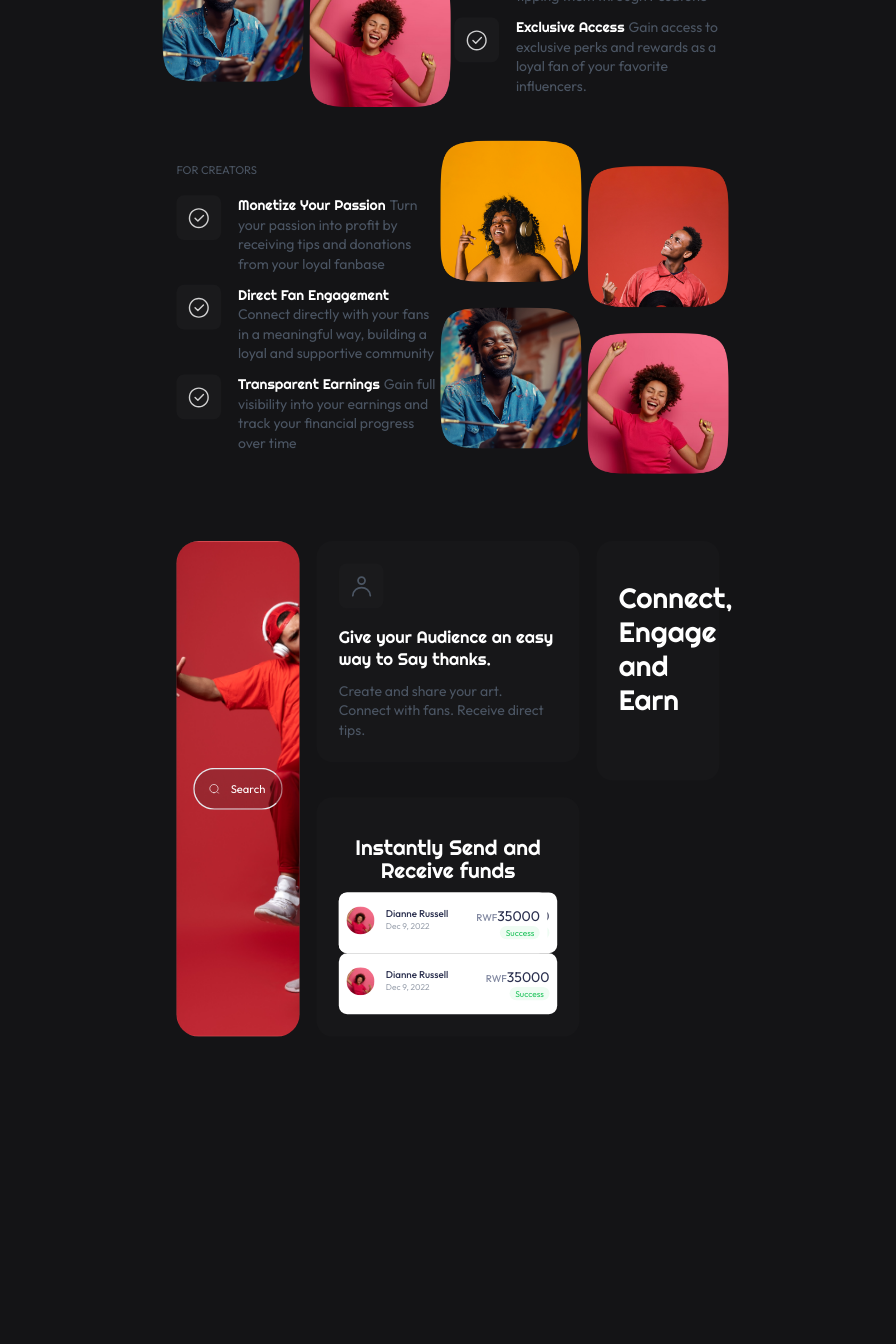
Repository: felixdusengimana/capstone-project-mirror
Page: / (app in frontend/)
The author's editor kept a copy of each file at every save. The page is drawn from the files as they stood at one save, then again after the next save.
The browser window is 1280 px wide. The pictures show the part of the page from y = 2247 to 4167 px (the page is 4167 px tall before and 4089 px after), at 70% of full size.
The project was rebuilt for these pictures with package versions that can differ from the ones it lists, and the page was loaded fresh each time. The framework's server and built-in components were replaced by stand-ins that run in the browser. Also part of the build but not shown: frontend/next.config.mjs.

Above is the page before, as saved 2024-03-11 17:11:12.

### frontend/app/layout.tsx
import type { Metadata } from "next";
import { Righteous, Outfit } from "next/font/google";
import "./globals.css";

const outfit = Outfit({ subsets: ["latin"], variable: "--font-outfit" });
const righteous = Righteous({
  subsets: ["latin"],
  variable: "--font-righteous",
  weight: "400",
});

export const metadata: Metadata = {
  title: "Pesatone - Search and gift your favorite creators",
  description:
    "A place where fans show gratitude to the African content creators they love!",
};

export default function RootLayout({
  children,
}: Readonly<{
  children: React.ReactNode;
}>) {
  return (
    <html lang="en">
      <body className={`${outfit.variable} ${righteous.variable} font-sans`}>
        {children}
      </body>
    </html>
  );
}

### frontend/app/page.tsx
import Avatar from "@/components/atoms/Avatar";
import Headline from "@/components/atoms/Headline";
import Card from "@/components/molecules/Card";
import CardIcon from "@/components/molecules/CardIcon";
import Search from "@/components/molecules/Search";
import SmallCard from "@/components/molecules/SmallCard";
import Transaction from "@/components/molecules/Transaction";
import Intro from "@/components/organisms/Intro";
import Navbar from "@/components/organisms/Navbar";
import Image from "next/image";
import React from "react";

export default function page() {
  return (
    <div className="py-[73px]">
      <Navbar />
      <Intro />
      <section className="mt-24 page-padding">
        <div className="max-w-[503px] mx-auto text-center">
          <h5 className="uppercase text-gray-600 mb-4">features</h5>
          <Headline className="text-4xl text-center">
            Unleash Your Influence with Our Exclusive Features
          </Headline>
        </div>
        <div className="grid grid-cols-3 gap-[18px] mt-12">
          <Card title="Secure Transactions" icon="secure">
            Pesatone employs advanced encryption for secure transactions,
            safeguarding you and your fans
          </Card>
          <Card title="Direct Engagement" icon="fast">
            Connect instantly with followers through Pesatone&apos;s
            user-friendly interface, fostering community and stronger
            relationships
          </Card>
          <Card title="Transparent Earnings" icon="dollar">
            Gain clear insight into earnings with Pesatone, easily tracking tips
            and donations for effective financial management
          </Card>
        </div>
      </section>

      <section className="mt-24 page-padding">
        <div className="max-w-[543px] mx-auto text-center">
          <h5 className="uppercase text-gray-600 mb-4">BENEFITS</h5>
          <Headline className="text-4xl text-center">
            Experience the Benefits: Pesatone for Fans and Creators
          </Headline>
        </div>
        <div className="grid grid-cols-2 gap-[18px] mt-12">
          <div className="grid grid-cols-2 w-fit">
            <Avatar
              alt="Profile 1"
              src="/profiles/profile4.png"
              size="2xl"
              circle={false}
              className="ml-[-20px]"
            />
            <Avatar
              alt="Profile 2"
              src={"/profiles/profile3.png"}
              size="2xl"
              circle={false}
              className="mt-[36px]"
            />
            <Avatar
              alt="Profile 3"
              src={"/profiles/profile2.png"}
              size="2xl"
              circle={false}
              className="ml-[-20px]"
            />
            <Avatar
              alt="Profile 4"
              src={"/profiles/profile1.png"}
              size="2xl"
              circle={false}
              className="mt-[36px]"
            />
          </div>
          <div className="flex flex-col justify-center">
            <h5 className="uppercase text-gray-600 mb-6">For Fans</h5>
            <div className="flex flex-col gap-4">
              <SmallCard icon="check" title="Direct Interaction">
                Engage directly with your favorite influencers, fostering a
                closer connection and deeper relationship
              </SmallCard>
              <SmallCard icon="check" title="Support Your Favorites">
                Show your appreciation and support for the creators you love by
                tipping them through Pesatone
              </SmallCard>
              <SmallCard icon="check" title="Exclusive Access ">
                Gain access to exclusive perks and rewards as a loyal fan of
                your favorite influencers.
              </SmallCard>
            </div>
          </div>
        </div>

        <div className="grid grid-cols-2 gap-[18px]  mt-12">
          <div className="flex flex-col justify-center">
            <h5 className="uppercase text-gray-600 mb-6">For creators</h5>
            <div className="flex flex-col gap-4">
              <SmallCard icon="check" title="Monetize Your Passion">
                Turn your passion into profit by receiving tips and donations
                from your loyal fanbase
              </SmallCard>
              <SmallCard icon="check" title="Direct Fan Engagement">
                Connect directly with your fans in a meaningful way, building a
                loyal and supportive community
              </SmallCard>
              <SmallCard icon="check" title="Transparent Earnings">
                Gain full visibility into your earnings and track your financial
                progress over time
              </SmallCard>
            </div>
          </div>
          <div className="grid grid-cols-2 ml-auto w-fit">
            <Avatar
              alt="Profile 1"
              src="/profiles/profile4.png"
              size="2xl"
              circle={false}
              className="ml-[-20px]"
            />
            <Avatar
              alt="Profile 2"
              src={"/profiles/profile3.png"}
              size="2xl"
              circle={false}
              className="mt-[36px]"
            />
            <Avatar
              alt="Profile 3"
              src={"/profiles/profile2.png"}
              size="2xl"
              circle={false}
              className="ml-[-20px]"
            />
            <Avatar
              alt="Profile 4"
              src={"/profiles/profile1.png"}
              size="2xl"
              circle={false}
              className="mt-[36px]"
            />
          </div>
        </div>
      </section>

      <section className="mt-24 page-padding">
        <div className="grid grid-cols-4 grid-rows-3 min-h-[862px] gap-6">
          <div className="bg-[url('/creator-bg.png')] bg-cover bg-no-repeat row-span-2 bg-red-400 rounded-[32px] px-6 flex items-center justify-center">
            <Search className="border-2 border-r-[#ffffff79] " />
          </div>
          <div className="col-span-2">
            <Card
              title={
                <p className="max-w-[374px]">
                  Give your Audience an easy way to Say thanks.
                </p>
              }
              icon="user"
              className="max-w-full"
            >
              Create and share your art. Connect with fans. Receive direct tips.
            </Card>
          </div>
          <Card
            title={
              <p className="text-[40px] leading-[49px]">
                Connect, Engage and Earn
              </p>
            }
          >
            {""}
          </Card>
          <div className="col-span-2">
            <Card
              className="max-w-full"
              title={
                <p className="w-full text-center max-w-[277px] text-[30px] mx-auto">
                  Instantly Send and Receive funds
                </p>
              }
            >
              <div className="max-w-[316px] mx-auto relative">
                <Transaction
                  className="absolute"
                  currency="RWF"
                  status="completed"
                  date={"Dec 9, 2022"}
                  user={{
                    name: "Dianne Russell",
                    photo: "/profiles/profile1.png",
                  }}
                  amount={35000}
                />
                <Transaction
                  className="max-w-[316px]"
                  currency="RWF"
                  status="completed"
                  date={"Dec 9, 2022"}
                  user={{
                    name: "Dianne Russell",
                    photo: "/profiles/profile1.png",
                  }}
                  amount={35000}
                />
                <Transaction
                  className="max-w-[316px]"
                  currency="RWF"
                  status="completed"
                  date={"Dec 9, 2022"}
                  user={{
                    name: "Dianne Russell",
                    photo: "/profiles/profile1.png",
                  }}
                  amount={35000}
                />
              </div>
            </Card>
          </div>
        </div>
      </section>
    </div>
  );
}

### frontend/app/globals.css
@tailwind base;
@tailwind components;
@tailwind utilities;

:root {
  --bg: #141416;
  --bg-hover: #232326;
  --secondary-color: #17171A;
  --foreground-rgb: 0, 0, 0;
  --background-start-rgb: 214, 219, 220;
  --background-end-rgb: 255, 255, 255;
}

@media (prefers-color-scheme: dark) {
  :root {
    --foreground-rgb: 255, 255, 255;
    --background-start-rgb: 0, 0, 0;
    --background-end-rgb: 0, 0, 0;
  }
}

body {
  background: var(--bg);
  color: rgb(var(--foreground-rgb));
}

@layer utilities {
  .text-balance {
    text-wrap: balance;
  }
}

.page-padding {
  padding: 0 252px;
}

### frontend/components/atoms/Avatar.tsx
/* eslint-disable @next/next/no-img-element */
import { ComponentProps } from "react";
import Icon from "./Icon";

interface AvatarProps extends ComponentProps<"div"> {
  src: string;
  alt?: string;
  size?: "sm" | "md" | "lg" | "xl" | "2xl";
  circle?: boolean;
  bordered?: boolean;
  fallBackText?: string;
}
export default function Avatar({ ...props }: AvatarProps) {
  const {
    src,
    alt,
    size = "sm",
    circle = true,
    fallBackText,
    bordered,
    ...rest
  } = props;

  const sizeClasses = {
    sm: "w-10 h-10",
    md: "w-12 h-12",
    lg: "w-16 h-16",
    xl: "w-[150px] h-[150px]",
    "2xl": "w-[202px] h-[202px]",
  };

  return (
    <div
      {...rest}
      className={`${src ? "bg-transparent" : "bg-gray-100"} ${
        circle ? "rounded-full" : "rounded"
      } ${bordered ? "border-2 border-white" : ""} ${sizeClasses[size]} ${
        rest.className
      } flex items-center justify-center overflow-hidden`}
    >
      {src ? (
        <img
          src={src}
          alt={alt}
          className={`w-full ${sizeClasses[size]} object-cover`}
        />
      ) : fallBackText ? (
        fallBackText
      ) : (
        <Icon name="user" />
      )}
    </div>
  );
}

### frontend/components/atoms/Headline.tsx
import { ComponentProps } from "react";

interface HeadlineProps extends ComponentProps<"h1"> {}

export default function Headline({ ...props }: HeadlineProps) {
  return (
    <div className={`font-mono text-white ${props.className}`}>
      {props.children}
    </div>
  );
}

### frontend/components/molecules/Card.tsx
import { ComponentProps, ReactNode } from "react";
import { IconNames } from "../atoms/Icon";
import Headline from "../atoms/Headline";
import CardIcon from "./CardIcon";

interface CardProps {
  icon?: IconNames;
  title?: ReactNode | string;
  className?: string;
  children: ReactNode;
}

export default function Card({ ...props }: CardProps) {
  const { icon, title, ...rest } = props;
  return (
    <div className={`bg-[#171719] p-8 rounded-[23px]`}>
      {icon && <CardIcon icon={icon} />}
      <Headline className="text-2xl font-normal mt-6 w-full">{title}</Headline>
      <div
        className={`text-gray-600 font-normal text-xl mt-4 max-w-[333px] ${props.className}`}
      >
        {props.children}
      </div>
    </div>
  );
}

### frontend/components/molecules/Search.tsx
"use client";
import { ComponentProps, useEffect, useState } from "react";
import Icon from "../atoms/Icon";

interface SearchProps extends ComponentProps<"div"> {
  placeholder?: string;
  onSearch?: (query: string) => void;
  onClear?: () => void;
}
export default function Search({
  placeholder = "Search for creators",
  onSearch,
  onClear,
  ...props
}: SearchProps) {
  const [query, setQuery] = useState("");

  // return value after 300ms
  useEffect(
    () => {
      const timer = setTimeout(() => {
        onSearch?.(query);
      }, 300);
      return () => clearTimeout(timer);
    },
    // eslint-disable-next-line react-hooks/exhaustive-deps
    [query]
  );

  return (
    <div
      {...props}
      className={`flex bg-[#2C2C3033] px-5 py-4 gap-4 rounded-full ${props.className}`}
    >
      <Icon name="search" onClick={() => onSearch?.(query)} />
      <input
        disabled
        type="text"
        placeholder={placeholder}
        className="w-full text-white placeholder:text-white bg-transparent outline-none"
        onChange={(e) => setQuery(e.target.value)}
      />
    </div>
  );
}

### frontend/components/molecules/SmallCard.tsx
import { ComponentProps } from "react";
import { IconNames } from "../atoms/Icon";
import CardIcon from "./CardIcon";

interface SmallCardProps extends ComponentProps<"div"> {
  icon: IconNames;
  title: string;
}

export default function SmallCard({ ...props }: SmallCardProps) {
  return (
    <div className="flex gap-6">
      <CardIcon icon={props.icon} />
      <p className="text-gray-600 font-normal text-xl">
        <span className="text-white font-mono">{props.title} </span>
        {props.children}
      </p>
    </div>
  );
}

### frontend/components/molecules/Transaction.tsx
import Avatar from "../atoms/Avatar";
import Pill from "../atoms/Pill";

interface TransactionProps {
  user: {
    name: string;
    photo: string;
  };
  date: string;
  currency: string;
  amount: number;
  status: "pending" | "completed" | "rejected";
  className?: string;
}
export default function Transaction({
  user,
  date,
  currency,
  amount,
  status,
  className,
}: TransactionProps) {
  return (
    <div
      className={`flex justify-between gap-10 rounded-xl bg-white px-[11px] py-5 ${className}`}
    >
      <div className="flex gap-4">
        <Avatar src={user.photo} alt={user.name} />
        <div>
          <p className="text-sm font-medium text-[#2A2F4E]">{user.name}</p>
          <p className="text-gray-400 text-xs">{date}</p>
        </div>
      </div>
      <div className="flex flex-col items-end">
        <p className="font-normal text-[#2A2F4E]">
          <span className="font-medium text-[#838AA2] text-sm">{currency}</span>
          {amount.toString()}
        </p>
        <Pill variant={status === "pending" ? "warning" : "success"}>
          {status === "pending" ? "Pending" : "Success"}
        </Pill>
      </div>
    </div>
  );
}

### frontend/components/organisms/Intro.tsx
"use client";

import Headline from "@/components/atoms/Headline";
import Search from "@/components/molecules/Search";
import DownloadApp from "../molecules/DownloadApp";

export default function Intro() {
  return (
    <div className="grid grid-cols-2 pl-[252px]">
      <div className="mt-40">
        <Headline className="text-[64px] leading-[79.47px]">
          Search and gift your favorite creators
        </Headline>
        <p className="text-xl text-gray-600 max-w-[535px] mt-5">
          A place where fans show gratitude to the African content creators they
          love!
        </p>
        <Search className="max-w-[502px] mt-10" />

        <p className="text-gray-600 mt-24 text-base">
          Trusted Users <br />
          Rated 4.5 by 700K+ Customers
        </p>
        <div className="flex gap-6 mt-6">
          <DownloadApp os="android" />
          <DownloadApp os="ios" className="px-[42px]" />
        </div>
      </div>
      <div className="h-full w-full">
        {/* eslint-disable-next-line @next/next/no-img-element */}
        <img src="./home-bg.png" alt="" className="w-full h-full" />
      </div>
    </div>
  );
}

### frontend/components/organisms/Navbar.tsx
import Image from "next/image";
import Button from "../atoms/Button";
import Link from "next/link";

export default function Navbar() {
  return (
    <div className="page-padding flex justify-between items-center">
      <Link href={"/"} className="flex  items-center gap-2">
        <Image
          src="/logo-white.png"
          alt="PESATONElogo"
          width={40}
          height={40}
        />
        <p className="text-sm">ESATONE</p>
      </Link>
      <div className="flex items-center gap-6">
        <Link href={"/login"}>
          <Button variant="secondary" className="px-12">
            Login
          </Button>
        </Link>
        <Link href={"/join"}>
          <Button variant="white" className="font-semibold">
            Sign up free
          </Button>
        </Link>
      </div>
    </div>
  );
}

### frontend/components/molecules/CardIcon.tsx
import React from "react";
import Icon, { IconNames } from "../atoms/Icon";

export default function CardIcon({ icon }: { icon: IconNames }) {
  return (
    <div className="w-16 min-w-[64px] h-16 rounded-[11px] bg-[#1A1A1C] flex items-center justify-center">
      <Icon name={icon} />
    </div>
  );
}

### frontend/components/atoms/Pill.tsx
import { ComponentProps } from "react";

interface PillProps extends ComponentProps<"div"> {
  variant?: "success" | "warning" | "error";
}
export default function Pill({ variant, ...rest }: PillProps) {
  return (
    <div
      {...rest}
      className={`px-2 py-[1.5px] rounded-full text-xs font-normal  w-fit ${
        variant === "success"
          ? "bg-[#EFFCF3] text-[#22C45E]"
          : variant === "warning"
          ? "bg-[#FFF4E5] text-[#F9A825]"
          : "bg-[#FCE8E6] text-[#EA4335]"
      } ${rest.className}`}
    >
      {rest.children}
    </div>
  );
}

### frontend/components/molecules/DownloadApp.tsx
import { ComponentProps } from "react";
import Icon from "../atoms/Icon";

interface DownloadAppProps extends ComponentProps<"div"> {
  os: "android" | "ios";
}

export default function DownloadApp({ os, ...props }: DownloadAppProps) {
  return (
    <div
      {...props}
      className={`flex items-center gap-4 px-10 py-4 border border-[#202024] bg-[#202024] rounded-full cursor-pointer min-w-[202.09px]`}
    >
      <Icon name={os == "android" ? "google-play" : "apple-store"} />
      <div>
        <p className="text-[#DBDBDB] font-medium text-[10px]">
          {os == "android" ? "Get it On" : "Download on the"}
        </p>
        <h3 className="text-[#DBDBDB] font-bold text-sm">
          {os == "android" ? "Google Play" : "App Store"}
        </h3>
      </div>
    </div>
  );
}

### frontend/components/atoms/Button.tsx
import { ComponentProps } from "react";

interface ButtonProps extends ComponentProps<"button"> {
  variant?: "dark" | "white" | "blurred" | "secondary";
  size?: "sm" | "md" | "lg";
  bordered?: boolean;
}

export default function Button({ ...props }: ButtonProps) {
  const { variant = "dark", size = "md", bordered = false } = props;

  const variantClasses = {
    dark: "bg-black text-white",
    white: "bg-white text-black",
    secondary: "bg-secondary text-white",
    blurred: "bg-blurred text-white",
  };

  const sizeClasses = {
    sm: "px-2 py-1",
    md: "px-8 py-4",
    lg: "px-6 py-3",
  };

  const borderClasses = bordered ? "border border-black" : "";

  return (
    <button
      {...props}
      className={`text-xl font-normal rounded-full ${variantClasses[variant]} ${sizeClasses[size]} ${borderClasses} ${props.className}`}
    >
      {props.children}
    </button>
  );
}

### frontend/tailwind.config.ts
import type { Config } from "tailwindcss";

const config: Config = {
  content: [
    "./pages/**/*.{js,ts,jsx,tsx,mdx}",
    "./components/**/*.{js,ts,jsx,tsx,mdx}",
    "./app/**/*.{js,ts,jsx,tsx,mdx}",
  ],
  theme: {
    extend: {
      // backgroundImage: {
      //   "gradient-radial": "radial-gradient(var(--tw-gradient-stops))",
      //   "gradient-conic":
      //     "conic-gradient(from 180deg at 50% 50%, var(--tw-gradient-stops))",
      // },
      fontFamily: {
        sans: ["var(--font-outfit)"],
        mono: ["var(--font-righteous)"],
      },
      colors: {
        secondary: "var(--secondary-color)",
      },
    },
  },
  plugins: [],
};
export default config;

Loaded but not shown: frontend/components/atoms/Icon.tsx (241 lines, source omitted)

After the next save:
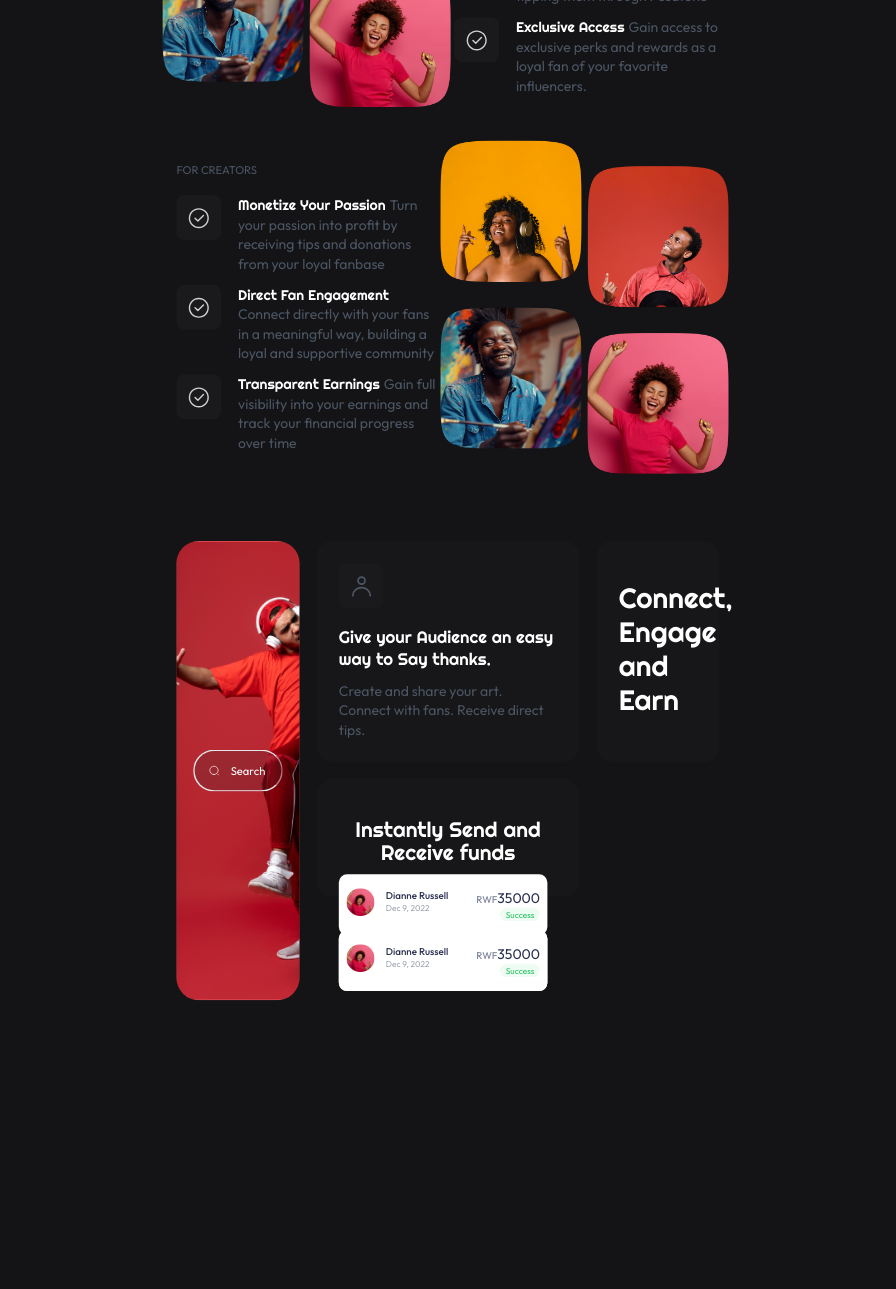
Saved 16 s later.
--- a/frontend/app/page.tsx
+++ b/frontend/app/page.tsx
@@ -196,7 +196,7 @@ export default function page() {
                   amount={35000}
                 />
                 <Transaction
-                  className="max-w-[316px]"
+                  className="absolute top-20"
                   currency="RWF"
                   status="completed"
                   date={"Dec 9, 2022"}
@@ -207,7 +207,7 @@ export default function page() {
                   amount={35000}
                 />
                 <Transaction
-                  className="max-w-[316px]"
+                  className="absolute top-20"
                   currency="RWF"
                   status="completed"
                   date={"Dec 9, 2022"}
